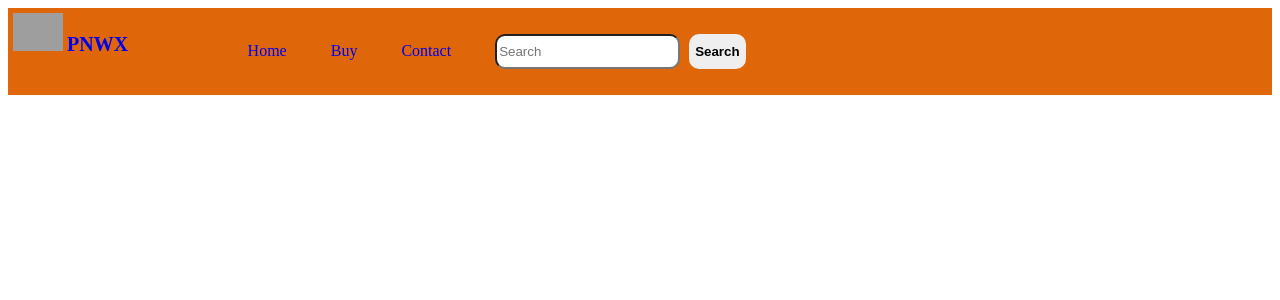
Repository: meiming24/meiming24.github.io
Page: index.html
The author's editor kept a copy of each file at every save. The page is drawn from the files as they stood at one save, then again after a run of saves.
The browser window is 1280 px wide. The pictures show the whole page.
Pictures or frames that could not be fetched are drawn as grey boxes.

Above is the page before, as saved 2022-05-09 19:26:42.

### index.html
<!DOCTYPE html>
<html lang="en">
<head>
    <meta charset="UTF-8">
    <meta http-equiv="X-UA-Compatible" content="IE=edge">
    <meta name="viewport" content="width=device-width, initial-scale=1.0">
    <title>Pacific Northwest X-Ray</title>
    <link rel="stylesheet" href="index.css" />
</head>
<body>
    <div class="container">

        <div class="logo">
            <img src="https://i.postimg.cc/hG3zmBz9/xray.png" alt="logo">
            <a href="#">PNWX</a>
        </div>

        <div class="nav-bar">
            <nav>
                <ul>
                    <li>
                        <a href="#">Home</a>
                    </li>

                    <li>
                        <a href="#">Buy</a>
                    </li>

                    <li>
                        <a href="#">Contact</a>
                    </li>

                    <li>
                        <form class="d-flex">
                            <input type="search" placeholder="Search"/>
                            <button type="submit">Search</button>
                        </form>
                    </li>

                </ul>


            </nav>



        </div>



    </div>

    <div class="content">

        <div class="item">

        </div>

        <div class="item">

        </div>

        <div class="item">

        </div>

    </div>
</body>
</html>

### index.css
.container {
    display: flex;
    flex-flow: row wrap;
    background-color: #df6609;
}

.container > * {
    padding: 0px;
    margin: 0PX;
    box-sizing: border-box;
}

.logo {
    flex-basis: 15%;
    font-weight: 600;
    text-decoration: none;
    padding: 5px;
    display: inline-block;
}

.logo > img {
    width: 50px;
}

.logo > a {
    text-decoration: none;
    font-size: 20px;
}

.nav-bar {
    display: flex;
    align-items: center;
}

.nav-bar > nav {
    flex: 100%;
    text-align: left;
}

.nav-bar > nav ul {
    display: inline-block;
    list-style-type: none;
}

.nav-bar > nav ul li{
    display: inline-block;
    margin-right: 20px;
    padding: 10px;
}

.nav-bar > nav ul li a{
    text-decoration: none;
    border-bottom-style: none;
}

.nav-bar > nav ul li:hover{
    background-color: #b34f03;
}

.nav-bar > nav ul li form input {
    height: 35px;
    border-radius: 10px;
    margin-right: 5px;
}

.nav-bar > nav ul li form button {
    height: 35px;
    border-radius: 10px;
    border-style: none;
    font-weight: 600;

}

After the next 6 saves:
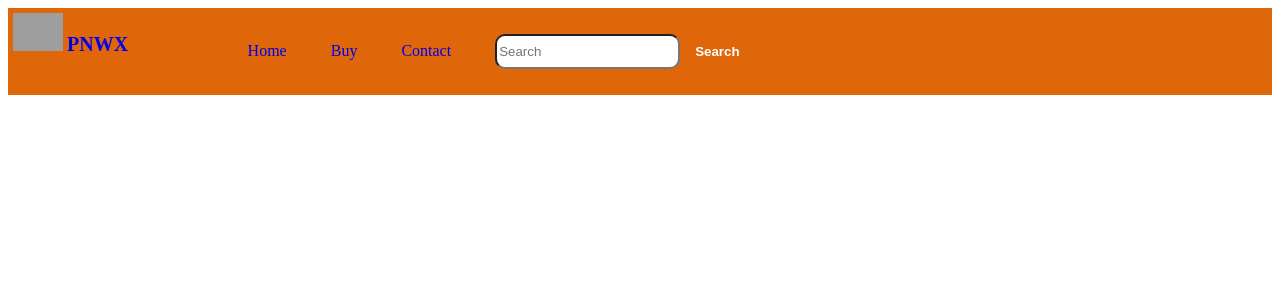
The 6 saves are shown as one change because they came seconds apart.
The last was saved 15 s later.
--- a/index.css
+++ b/index.css
@@ -68,5 +68,6 @@
     border-radius: 10px;
     border-style: none;
     font-weight: 600;
-
+    color: #fff;
+    background: #df6609;
 }
